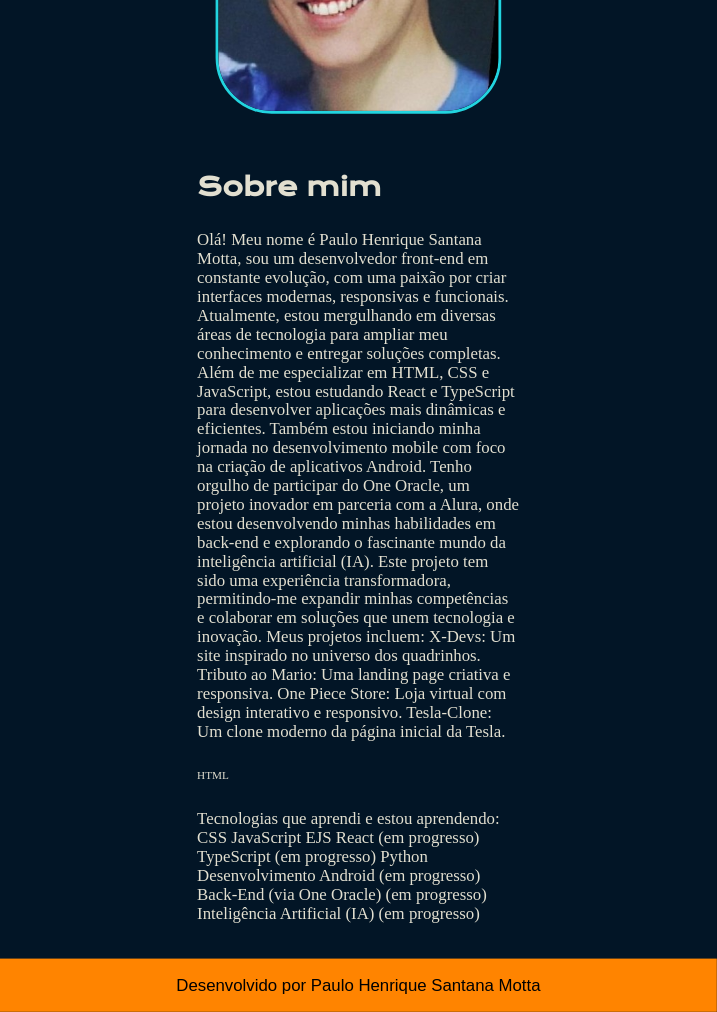
Repository: phsmottanerd/projeto-portfolio-alura
Page: about.html
An editor plug-in stored every save of this project. The page is shown before and after the next save, followed by the edit.
The browser window is 1024 px wide. The pictures show the part of the page from y = 528 to 2768 px (the page is 1974 px tall before and 6636 px after), at 70% of full size.

Above is the page before, as saved 2025-01-30 02:15:57.

### about.html
<!DOCTYPE html>
<html lang="pt-BR">
<head>
    <meta charset="UTF-8">
    <meta name="viewport" content="width=device-width, initial-scale=1.0">
   <link rel="stylesheet" href="./estilos/style.css">
    <title>Sobre mim</title>
</head>
<body>
<header class="cabecalho">
    <nav class="cabecalho__menu">
        <a class="cabecalho__menu__link" href="index.html">Home</a>
        <a class="cabecalho__menu__link" href="about.html">Sobre Nós</a>

      </nav>
</header>
<main class="apresentacao">
<section class="apresentacao__conteudo">

    <h1 class="apresentacao__conteudo__titulo">Sobre mim</h1>
<p class="apresentacao__conteudo__texto">Olá! Meu nome é Paulo Henrique Santana Motta, sou um desenvolvedor front-end em constante evolução, com uma paixão por criar interfaces modernas, responsivas e funcionais.

    Atualmente, estou mergulhando em diversas áreas de tecnologia para ampliar meu conhecimento e entregar soluções completas. Além de me especializar em HTML, CSS e JavaScript, estou estudando React e TypeScript para desenvolver aplicações mais dinâmicas e eficientes. Também estou iniciando minha jornada no desenvolvimento mobile com foco na criação de aplicativos Android.

    Tenho orgulho de participar do One Oracle, um projeto inovador em parceria com a Alura, onde estou desenvolvendo minhas habilidades em back-end e explorando o fascinante mundo da inteligência artificial (IA). Este projeto tem sido uma experiência transformadora, permitindo-me expandir minhas competências e colaborar em soluções que unem tecnologia e inovação.

    Meus projetos incluem:

    X-Devs: Um site inspirado no universo dos quadrinhos.
    Tributo ao Mario: Uma landing page criativa e responsiva.
    One Piece Store: Loja virtual com design interativo e responsivo.
    Tesla-Clone: Um clone moderno da página inicial da Tesla.</p>
    HTML
    <p class="apresentacao__conteudo__texto">Tecnologias que aprendi e estou aprendendo:
    CSS
    JavaScript
    EJS
    React (em progresso)
    TypeScript (em progresso)
    Python
    Desenvolvimento Android (em progresso)
    Back-End (via One Oracle) (em progresso)
    Inteligência Artificial (IA) (em progresso)</p>
</section>

<img class="apresentacao__imagem" src="./img/1722867171561.jpg" alt="Paulo Henrique Santana Motta  programando" />
</main>
<footer class="rodape">
    <p>Desenvolvido por Paulo Henrique Santana Motta</p>


</footer>

</body>
</html>

### estilos/style.css
@import url("https://fonts.googleapis.com/css2?family=Krona+One&family=Montserrat:wght@400;600&display=swap");

:root {
  --cor-primaria: #021526;
  --cor-secundaria: #E2DFD0;
  --cor-terciaria:#FF8400;
  --cor-hover: #FF8400;

  --font-primaria: "Krona One", sans-serif;
   --font-secundaria:"Montserrat", sans-serif;


}

* {
  margin: 0;
  padding: 0;
}

body {
  box-sizing: border-box;
  background-color: var(--cor-primaria);
  color: var(--cor-secundaria);
}
.cabecalho {
  padding: 2% 0% 0% 15%;

}
.cabecalho__menu {
  display: flex;
  gap: 80px;
}

.cabecalho__menu__link {
  font-family: var(----font-secundaria);
  font-size: 1.5rem;
  font-weight: 600;
  color: var(--cor-terciaria);
  text-decoration: none;
}

.titulo-destaque {
  color: var(--cor-terciaria);
}

.apresentacao {
  padding: 5% 15%;
  display: flex;
  align-items: center;
  justify-content: space-between;
  gap:82px;
}
.apresentacao__conteudo {
  width: 50%;
  display: flex;
  flex-direction: column;
  gap: 40px;
}

.apresentacao__conteudo__titulo {
  font-size: 2.25rem;
  font-family: var(--font-primaria);
}

.apresentacao__conteudo__texto {
  font-size: 1.5rem;
  font-family: var(----font-secundaria);
}

.apresentacao__links {
  display: flex;
  flex-direction: column;
  justify-content: space-between;
  align-items: center;
  gap: 32px;
}
.apresentacao__links__subtitulo {
  font-family: "Krona One", sans-serif;
  font-weight: 400;
  font-size: 1.5rem;
}
.apresentacao__links__navegacao {
  /* background-color: #22D4FD; */
  justify-content: center;
  gap: 16px;
  display: flex;
  border: 2px solid var(--cor-terciaria);
  width: 50%;
  text-align: center;
  border-radius: 8px;
  font-size: 1.5rem;
  font-weight: 600;
  padding: 21.5px 0;
  text-decoration: none;
  color: #f6f6f6;
  font-family: "Montserrat", sans-serif;
}
.apresentacao__links__link:hover {
  background-color: var(--cor-hover);
}
.apresentacao__imagem{

  width: 50%;
}
.rodape {
  padding: 24px;
  color: #000;
  background-color: var(--cor-terciaria);
  text-align: center;
  font-family: "Montsearrat", sans-serif;
  font-size: 1.5rem;
  font-weight: 400;
}
.apresentacao__imagem  {
  border-radius: 80px;
  border: 4px solid #22d4Df;
  width: 400px;
  heighit: 400px;

}
@media(max-width: 1200px){
.cabecalho{
  padding: 10%;
}
.cabecalho__menu{
justify-content:center;
}
  .apresentacao{
flex-direction:column-reverse;
padding:5%;

}

After the next save:
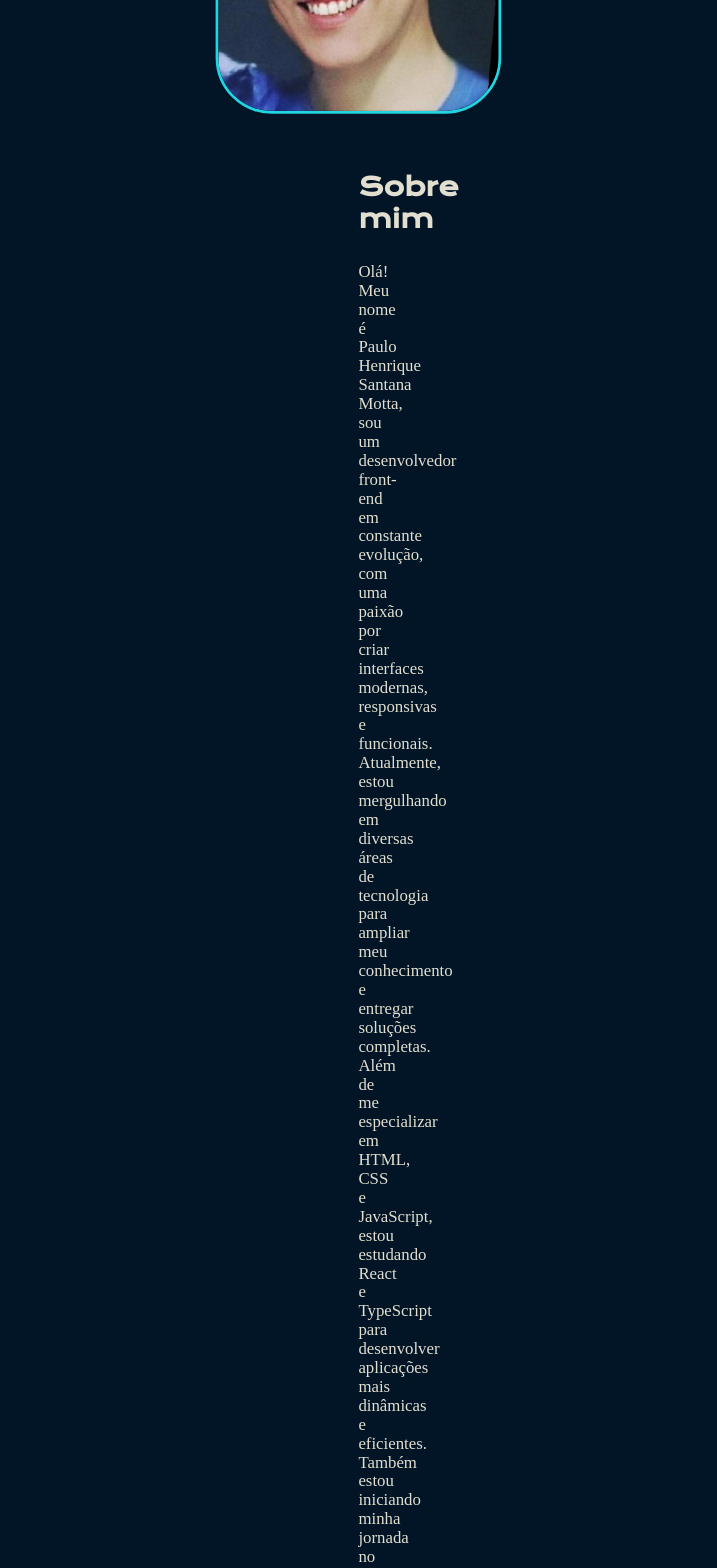
Saved 3 min 36 s later.
--- a/estilos/style.css
+++ b/estilos/style.css
@@ -130,3 +130,7 @@ flex-direction:column-reverse;
 padding:5%;
 
 }
+.apresentacao__conteudo{
+
+  width:0;
+}
